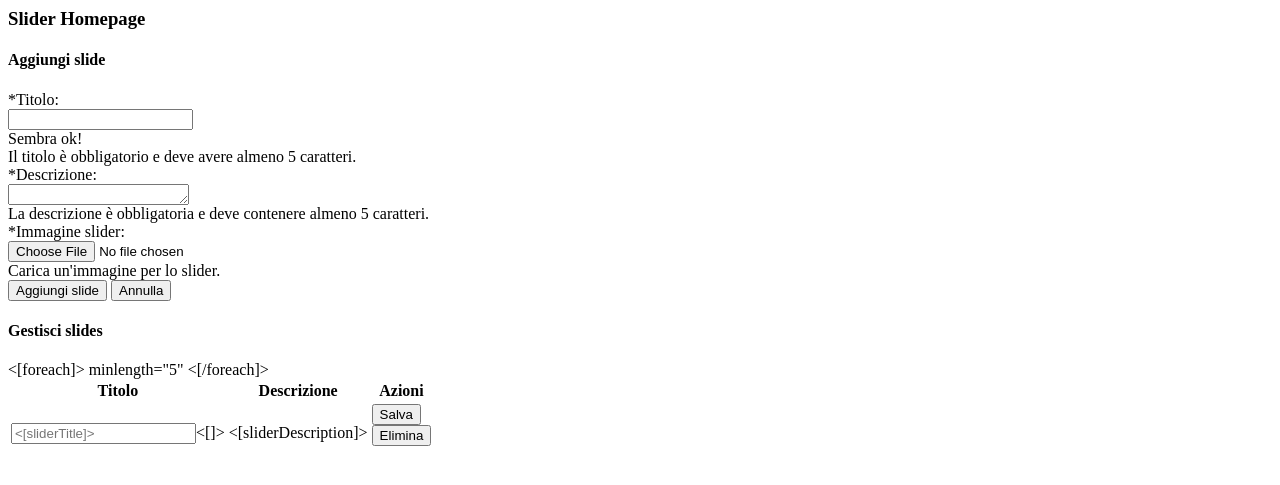
Repository: i4c0ni99/MotorShop
Page: skins/multikart_all_in_one/back-end/home-customizer.html
These files come from the project's save history. The page is drawn as it stood at one moment and after the next save; the edit follows.
The browser window is 1280 px wide. The pictures show the whole page.

Above is the page before, as saved 2024-10-31 19:15:52.

After the next save:
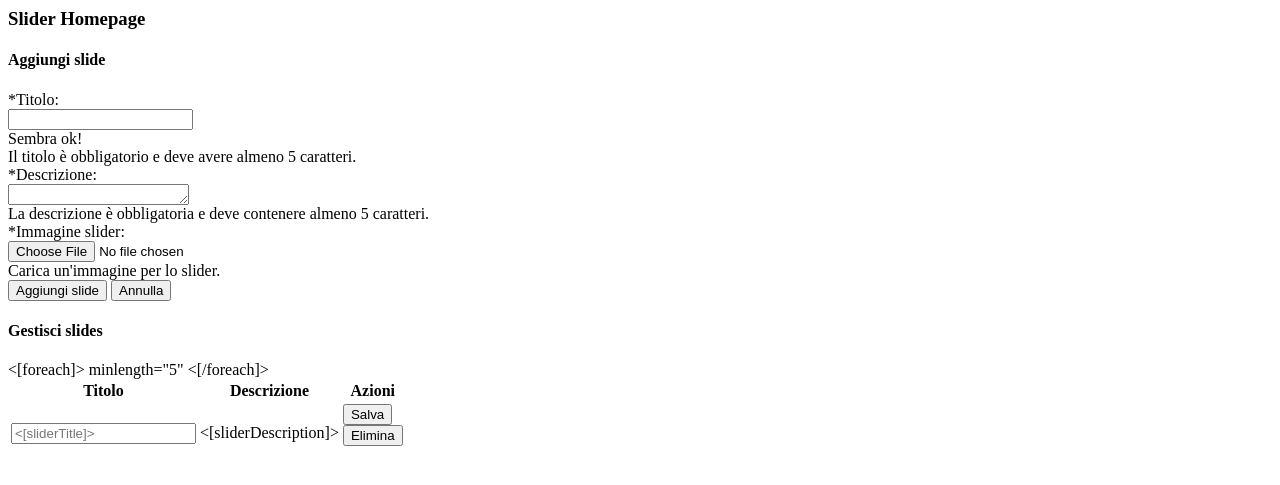
Saved 4 s later.
--- a/skins/multikart_all_in_one/back-end/home-customizer.html
+++ b/skins/multikart_all_in_one/back-end/home-customizer.html
@@ -91,7 +91,7 @@
                                 <[foreach]>
                                 <tr data-row-id="<[sliderId]>">
                                     <form method="post" action="/MotorShop/home-customizer.php">minlength="5"
-                                    <td><input type="text" name="title" placeholder="<[sliderTitle]>" pattern=".{5,}" minlength="2" required="true"><[]></td>
+                                    <td><input type="text" name="title" placeholder="<[sliderTitle]>" pattern=".{5,}" minlength="2" required="true"></td>
                                     <td><[sliderDescription]></td>
                                     <td><input type="hidden" name="sliderId" value="<[sliderId]>">
                                     <button type="submit" name="edit" class="btn btn-primary btn-block">Salva</button>
